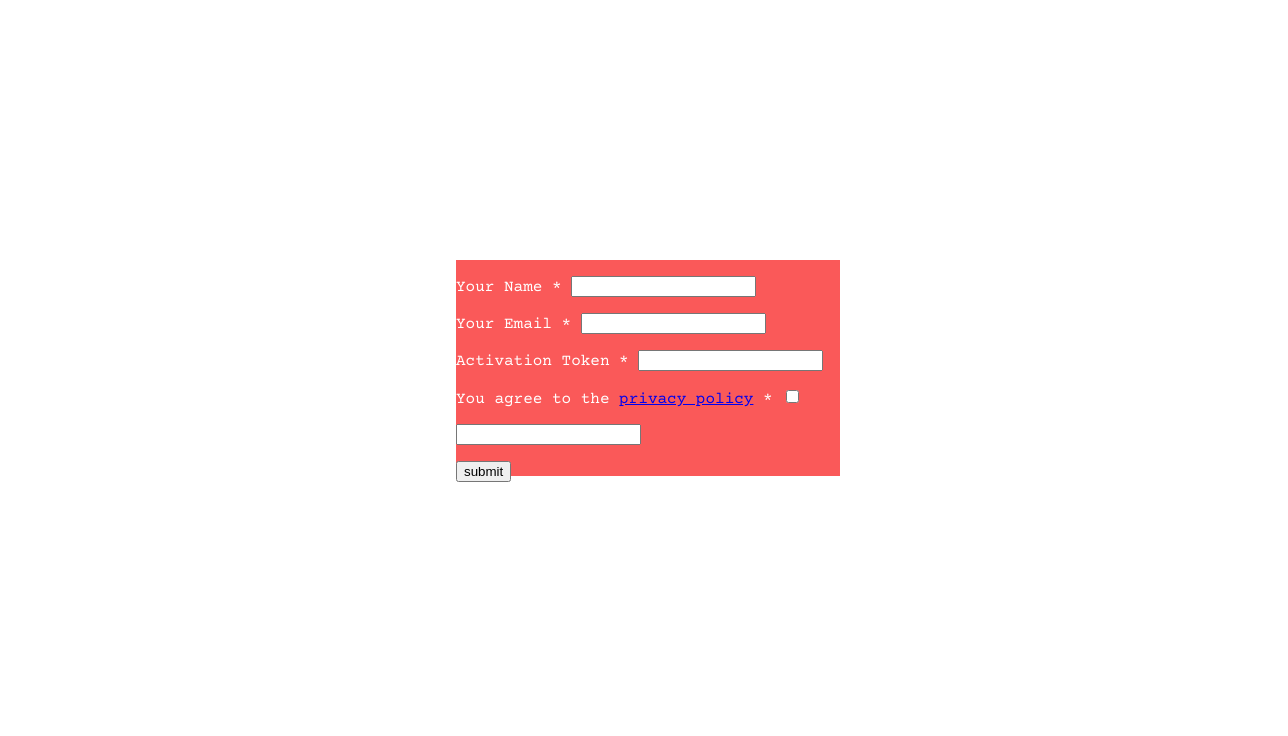
Repository: Rachael4life/Assignment-1
Page: starter-code/src/index.html
These files come from the project's save history. The page is drawn as it stood at one moment and after a run of saves; the edit follows.
The browser window is 1280 px wide. The page is 1288 px wide, so the pictures cover 1288 px, including what lies to the right of the window. The pictures show the whole page.

Above is the page before, as saved 2022-02-25 13:28:13.

After the next 2 saves:
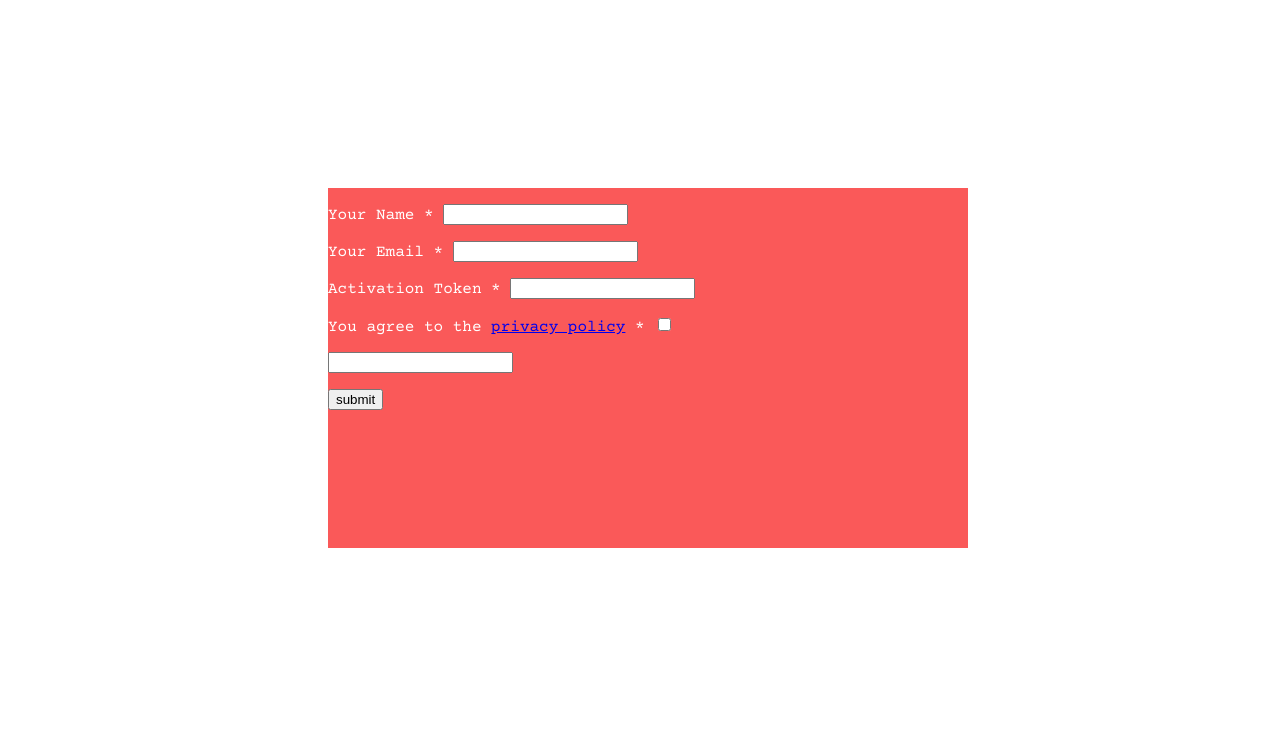
The 2 saves are shown as one change because they came seconds apart.
The last was saved 18 s later.
--- a/starter-code/src/style.css
+++ b/starter-code/src/style.css
@@ -7,8 +7,8 @@ body {
 form {
     background-color: #fa5959;
     font-size: 16px;
-    width: 30%;
-    height: 30%;
+    width: 50%;
+    height: 50%;
 }
 #ramyeon {
     display: flex;
